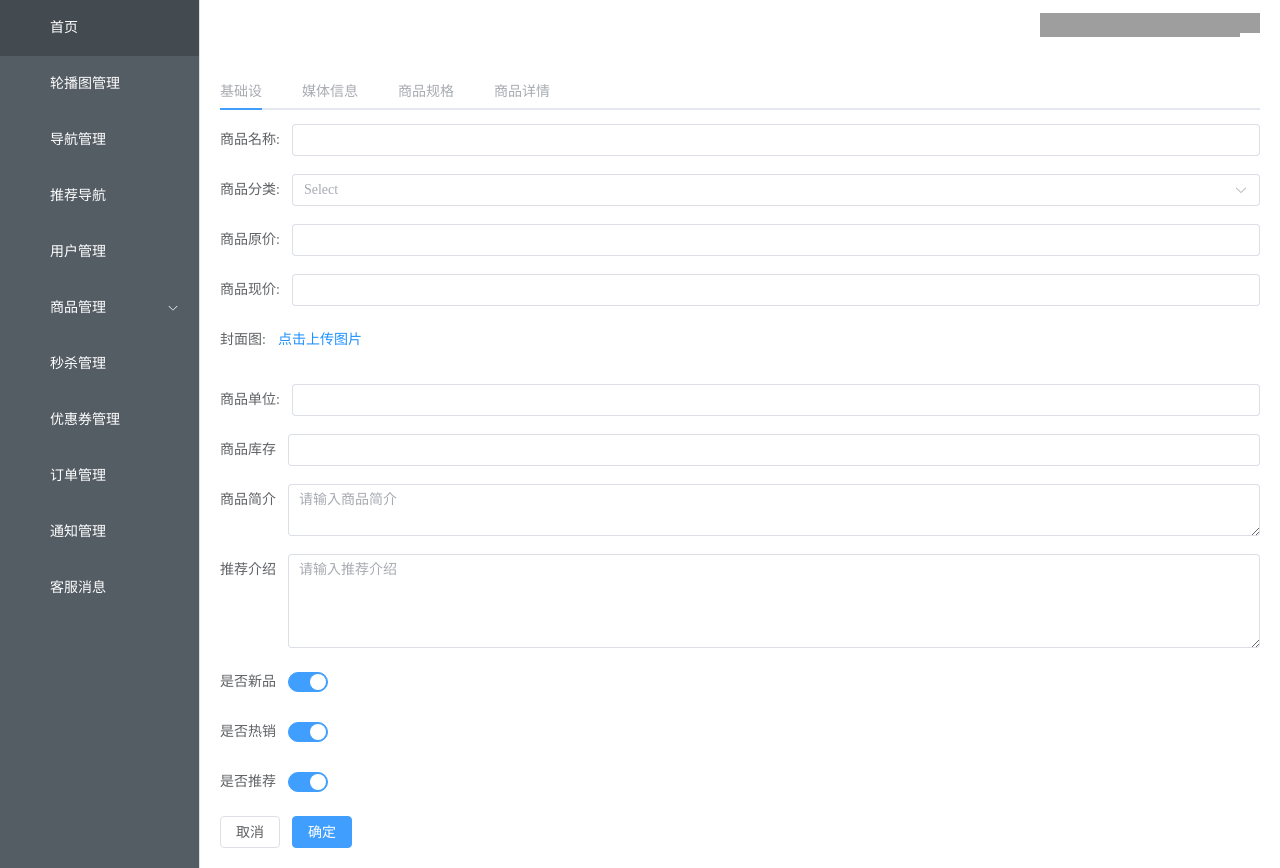
Repository: xinwuhao/CCG
Page: /addgoods
The author's editor kept a copy of each file at every save. The page is drawn from the files as they stood at one save, then again after the next save.
The browser window is 1280 px wide. The pictures show the whole page.
Pictures or frames that could not be fetched are drawn as grey boxes. The page's requests for data from a server got no answer. The project was rebuilt for these pictures with package versions that can differ from the ones it lists, and the page was loaded fresh each time. No one was signed in, and anything a server would have sent is missing. Also part of the build but not shown: vite.config.ts.

Above is the page before, as saved 2021-09-24 14:16:55.

### src/main.ts
import { createApp } from 'vue'
import App from "./App.vue";
import router from "./router"
import ElementPlus from 'element-plus'
import 'element-plus/dist/index.css'
import * as Icons from '@element-plus/icons'
import { toLine } from './utils/index'

const app = createApp(App)

for (let i in Icons) {
    app.component(`el-icon${toLine(i)}`, (Icons as any)[i])
}

app.use(router)
app.use(ElementPlus)
app.mount('#app')

### src/App.vue
<template>
  <div>
    <router-view></router-view>
  </div>
</template>

<script setup lang="ts">
</script>

<style lang='scss'>
@import "./scssbox.scss";
</style>

### src/router/index.ts
import { createRouter, createWebHistory, RouteRecordRaw } from 'vue-router'
// import Home from '../views/homepage/homepage.vue'
import Layout from '../views/layout/Layout.vue'

const routes: Array<RouteRecordRaw> = [
  {
    path: '/login',
    name: 'Logon',
    component: () => import('../views/login/Login.vue'),
    meta: {
      title: '登录'
    }
  },
  {
    path: '/',
    component: Layout,
    // 子路由: children
    children: [
      {
        path: '/',
        name: '/',
        component: () => import('../views/homepage/homepage.vue'),
        meta: {
          title: '首页',
          meta: '/homepage'
        }
      },
      {
        path: '/discount',
        name: 'discount',
        component: () => import('../views/discount/discount.vue'),
        meta: {
          title: '优惠券管理',
          meta: '/discount'
        }
      },
      {
        path: '/navigation',
        name: 'navigation',
        component: () => import('../views/navigation/navigation.vue'),
        meta: {
          title: '导航管理',
          meta: '/navigation'
        }
      },
      {
        path: '/swiper',
        name: 'swiper',
        component: () => import('../views/swiper/swiper.vue'),
        meta: {
          title: '轮播图管理',
          meta: '/swiper'
        }
      },
      {
        path: '/recommend',
        name: 'recommend',
        component: () => import('../views/recommend/recommend.vue'),
        meta: {
          title: '推荐导航',
          meta: '/recommend'
        }
      },
      {
        path: '/user',
        name: 'user',
        component: () => import('../views/user/user.vue'),
        meta: {
          title: '用户管理',
          meta: '/user'
        }
      },
      {
        path: '/addgoods',
        name: 'addgoods',
        component: () => import('../views/goods/addgoods.vue'),
        meta: {
          title: '添加商品',
          meta: '/addgoods'
        }
      },
      {
        path: '/sortgoods',
        name: 'sortgoods',
        component: () => import('../views/goods/sortgoods.vue'),
        meta: {
          title: '商品分类',
          meta: '/sortgoods'
        }
      },
      {
        path: '/modelgoods',
        name: 'modelgoods',
        component: () => import('../views/goods/modelgoods.vue'),
        meta: {
          title: '商品模型',
          meta: '/modelgoods'
        }
      },
      {
        path: '/specsgoods',
        name: 'specsgoods',
        component: () => import('../views/goods/specsgoods.vue'),
        meta: {
          title: '商品规格',
          meta: '/specsgoods'
        }
      },
      {
        path: '/parametergoods',
        name: 'parametergoods',
        component: () => import('../views/goods/parametergoods.vue'),
        meta: {
          title: '商品参数',
          meta: '/parametergoods'
        }
      },
      {
        path: '/specifications',
        name: 'specifications',
        component: () => import('../views/goods/specifications.vue'),
        meta: {
          title: '规格参数',
          meta: '/specifications'
        }
      },
      {
        path: '/seckill',
        name: 'seckill',
        component: () => import('../views/seckill/seckill.vue'),
        meta: {
          title: '秒杀管理',
          meta: '/seckill'
        }
      },
      {
        path: '/order',
        name: 'order',
        component: () => import('../views/order/order.vue'),
        meta: {
          title: '订单管理',
          meta: '/order'
        }
      },
      {
        path: '/notice',
        name: 'notice',
        component: () => import('../views/notice/notice.vue'),
        meta: {
          title: '通知管理',
          meta: '/notice'
        }
      },
      {
        path: '/news',
        name: 'news',
        component: () => import('../views/news/news.vue'),
        meta: {
          title: '客服消息',
          meta: '/news'
        }
      },
    ]
  }
]

const router = createRouter({
  history: createWebHistory(),
  routes
})

router.beforeEach((to, from, next) => {
  document.title = to.meta.title as string
  next()
})

export default router

### src/utils/index.ts
export const toLine = (str: string) => {
  return str.replace(/([A-Z])/g, "-$1").toLowerCase()
}

### src/scssbox.scss
* {
    margin: 0;
    padding: 0;
}

html,
body,
#app,
.el-container,
.el-menu {
    height: 100%;
}

### src/views/layout/Layout.vue
<template>
  <el-container>
    <el-aside width="auto">
      <nav-left :isCollapse='isCollapse'></nav-left>
    </el-aside>
    <el-container>
     <el-header>
        <nav-header v-model:isCollapse='isCollapse'></nav-header>
     </el-header>
      <el-main>
        <router-view></router-view>
      </el-main>
    </el-container>
  </el-container>
</template>

<script setup lang="ts">
import { ref, reactive } from 'vue'
import NavHeader from  '../../components/navHeader/NavHeader.vue'
import NavLeft from  '../../components/navLeft/NavLeft.vue'

interface Data {
  name: string,
  age: number
}

let isCollapse = ref<boolean>(false)
let data = reactive<Data>({
  name: 'jack',
  age: 20
})
</script>

<style scoped lang="scss">
.el-header {
  height: 50px;
  padding: 0;
}
</style>

### src/views/goods/addgoods.vue
<template>
  <div>
    <div v-if="judge == 0">
      <div class="searchBox">
        <el-input
          placeholder="请输入内容"
          v-model="input"
          clearable
          class="inputBox"
        >
        </el-input>
        <el-button icon="el-icon-search" @click="obtain"></el-button>
        <el-button type="primary" @click="ON">添加商品</el-button>
      </div>
      <!-- 表格 -->
      <div style="margin-top: 20px">
        <el-table :data="tableData" border style="width: 100%">
          <el-table-column label="#" type="index" width="50"> </el-table-column>
          <el-table-column prop="content" label="商品名称"> </el-table-column>
          <el-table-column prop="content" label="商品原价"> </el-table-column>
          <el-table-column prop="content" label="商品现价"> </el-table-column>
          <el-table-column prop="content" label="商品库存"> </el-table-column>
          <el-table-column label="是否新品">
            <template #default="scope">
              <div>
                {{ scope.row.isShow == true ? "是" : "否" }}
              </div>
            </template>
          </el-table-column>
          <el-table-column label="是否热卖">
            <template #default="scope">
              <div>
                {{ scope.row.isShow == true ? "是" : "否" }}
              </div>
            </template>
          </el-table-column>
          <el-table-column label="是否推荐">
            <template #default="scope">
              <div>
                {{ scope.row.isShow == true ? "是" : "否" }}
              </div>
            </template>
          </el-table-column>
          <el-table-column fixed="right" label="上下架">
            <template #default="scope">
              <el-switch
                v-model="scope.row.isShow"
                active-color="#1E90FF"
                inactive-color="#ff4949"
                @change="chen(scope.row)"
              >
              </el-switch>
            </template>
          </el-table-column>
          <el-table-column fixed="right" label="操作">
            <template #default="scope">
              <el-button @click="reduce(scope.row)" type="text" size="small"
                >删除</el-button
              >
              <el-button type="text" size="small" @click="alter(scope.row)"
                >编辑</el-button
              >
            </template>
          </el-table-column>
        </el-table>
      </div>
    </div>

    <!-- 添加商品弹出层 -->
    <div v-if="judge !== 0">
      <el-tabs v-model="judge">
        <el-tab-pane label="基础设" name="1" disabled>
          <el-form :model="swiper" ref="ruleForm" class="demo-ruleForm">
            <el-form-item label="商品名称:" prop="name">
              <el-input v-model="swiper.name" class="inpud"></el-input>
            </el-form-item>
            <el-form-item label="商品分类:" prop="category">
              <el-select
                v-model="swiper.category"
                placeholder="Select"
                style="width: 100%"
              >
                <el-option-group
                  v-for="group in options"
                  :key="group.name"
                  :label="group.name"
                >
                  <el-option
                    v-for="item in group.list"
                    :key="item.name"
                    :label="item.name"
                    :value="item._id"
                  >
                  </el-option>
                </el-option-group>
              </el-select>
            </el-form-item>
            <el-form-item label="商品原价:" prop="originalPrice">
              <el-input v-model="swiper.originalPrice" class="inpud"></el-input>
            </el-form-item>
            <el-form-item label="商品现价:" prop="presentPrice">
              <el-input v-model="swiper.presentPrice" class="inpud"></el-input>
            </el-form-item>
            <el-form-item label="封面图:" prop="cover">
              <el-upload
                class="upload-demo"
                action="http://localhost:1001/admin/upload"
                :headers="abc"
                :on-success="upimg"
                list-type="picture"
                :file-list="fileList"
              >
                <div class="blueFont">点击上传图片</div>
              </el-upload>
            </el-form-item>
            <el-form-item label="商品单位:" prop="company">
              <el-input v-model="swiper.company" class="inpud"></el-input>
            </el-form-item>
            <el-form-item label="商品库存" prop="stock">
              <el-input v-model="swiper.stock" class="inpud"></el-input>
            </el-form-item>
            <el-form-item label="商品简介" prop="introduction">
              <el-input
                v-model="swiper.introduction"
                :rows="2"
                type="textarea"
                placeholder="请输入商品简介"
              />
            </el-form-item>
            <el-form-item label="推荐介绍" prop="sellDesc">
              <el-input
                v-model="swiper.sellDesc"
                :rows="4"
                type="textarea"
                placeholder="请输入推荐介绍"
              />
            </el-form-item>

            <el-form-item label="是否新品" prop="isNewGood">
              <el-switch
                v-model="swiper.isNewGood"
                active-color="#13ce66"
                inactive-color="#ff4949"
                @change="chen"
              >
              </el-switch>
            </el-form-item>
            <el-form-item label="是否热销" prop="isHot">
              <el-switch
                v-model="swiper.isHot"
                active-color="#13ce66"
                inactive-color="#ff4949"
                @change="chen"
              >
              </el-switch>
            </el-form-item>
            <el-form-item label="是否推荐" prop="isRecommend">
              <el-switch
                v-model="swiper.isRecommend"
                active-color="#13ce66"
                inactive-color="#ff4949"
                @change="chen"
              >
              </el-switch>
            </el-form-item>
          </el-form>
          <div>
            <el-button @click="judge = '0'">取消</el-button>
            <el-button type="primary" @click="confirm">确定</el-button>
          </div>
        </el-tab-pane>

        <el-tab-pane label="媒体信息" name="2" disabled>Config</el-tab-pane>
        <el-tab-pane label="商品规格" name="3" disabled>Role</el-tab-pane>
        <el-tab-pane label="商品详情" name="4" disabled>Task</el-tab-pane>
      </el-tabs>
    </div>
  </div>
</template>

<script setup lang="ts">
import { ref, onMounted } from "vue";
import api from "../../http/aip";
import { ElMessage } from "element-plus";

// 输入框
let input = ref<any>("");
//切换层
let judge = ref<string>("1");
//上传图片token
let abc = { Authorization: localStorage.getItem("token") };
//接受图片路径
let fileList = ref<any>([]);
// 下拉
let options = ref<any>([]);
//表格数据
let tableData = ref<any>([]);
//表单
let swiper = ref<any>({
  name: "",
  category: "",
  cover: "",
  isHot: true,
  isRecommend: true,
  originalPrice: "",
  presentPrice: "",
  introduction: "",
  company: "",
  stock: "",
  isNewGood: true,
  sellDesc: "",
});
//表单确定键
let confirm = () => {
  judge.value = "2";
};
//添加按钮
let ON = () => {
  judge.value = "1";
};
//上传图片请求成功
let upimg = (file: any) => {
  swiper.value.cover = file.data;
};
// 获取分类
let sort = () => {
  api
    .getCategory("")
    .then((res: any) => {
      if (res.code == 200) {
        options.value = res.data;
      }
    })
    .catch((err: any) => {
      console.log(err);
    });
};
//删除
let reduce = (e: any) => {
  api
    .delNotice(e._id)
    .then((res: any) => {
      if (res.code == 200) {
        ElMessage.success({
          message: `${res.msg}`,
          type: "success",
        });
        obtain();
      } else ElMessage.error(`${res.msg}`);
    })
    .catch((err: any) => {
      console.log(err);
    });
};
//显示
let chen = (e: any) => {
  api
    .showNotice({
      id: e._id,
      isShow: e.isShow,
    })
    .then((res: any) => {
      if (res.code == 200) {
        ElMessage.success({
          message: `${res.msg}`,
          type: "success",
        });
        obtain();
      } else ElMessage.error(`${res.msg}`);
    })
    .catch((err: any) => {
      console.log(err);
    });
};
let current = ref<number>(1);
let pageSize = ref<number>(10);
//获取数据
let obtain = () => {
  api
    .getNotice({
      current: current.value,
      pageSize: pageSize.value,
      query: input.value,
    })
    .then((res: any) => {
      if (res.code == 200) {
        tableData.value = res.data;
      }
    })
    .catch((err: any) => {
      console.log(err);
    });
};
onMounted(() => {
  obtain();
  sort();
});
</script>

<style scoped>
.searchBox {
  display: flex;
}
.inputBox {
  width: 300px;
}
.blueFont {
  color: #1e90ff;
}
.imgBox {
  width: 100px;
  height: 100px;
}
</style>

### src/components/navHeader/NavHeader.vue
<template>
  <div class="header">
    <div @click="toggle" class="cent">
      <el-icon-expand v-if="isCollapse"></el-icon-expand>
      <el-icon-fold v-else></el-icon-fold>
      <div class="cenn">
        <iframe
          width="200"
          height="24"
          frameborder="0"
          scrolling="no"
          hspace="0"
          src="https://i.tianqi.com/?c=code&id=11"
        ></iframe>
        <div>
          <img
            src="https://img0.baidu.com/it/u=3730772664,138405132&fm=26&fmt=auto"
            class="img"
          />
        </div>
      </div>
    </div>
  </div>
</template>

<script lang='ts' setup>
import { ref } from "vue";
import { Fold, Expand } from "@element-plus/icons";

let props = defineProps({
  isCollapse: {
    type: Boolean,
    default: false,
  },
});
let emits = defineEmits(["update:isCollapse"]);
let toggle = () => {
  emits("update:isCollapse", !props.isCollapse);
};
</script>

<style lang='scss' scoped>
svg {
  width: 20px;
  height: 20px;
}
.header {
  height: 50px;
  display: flex;
  align-items: center;
  padding: 0 20px;
}
.cent {
  display: flex;
  width: 100%;
}
.cenn {
  display: flex;
  justify-content: flex-end;
  width: 100%;
}
.img {
  width: 20px;
  height: 20px;
}
</style>

### src/components/navLeft/NavLeft.vue
<template>
  <el-menu
    :uniqueOpened="true"
    default-active="1"
    class="el-menu"
    background-color="#545c64"
    text-color="#fff"
    active-text-color="#ffd04b"
    :collapse="isCollapse"
    :router="true"
  >
    <template v-for="(item, index) in arr" :key="index">
      <el-menu-item :index="item.path" v-if="item.name !== '商品管理'">
        <component :is="item.i" class="iconbox"></component>
        <template #title>{{ item.name }}</template>
      </el-menu-item>
      <el-sub-menu :index="item.path" v-else>
        <template #title>
          <component :is="item.i" class="iconbox"></component>
          <span>{{ item.name }}</span>
        </template>
        <template v-for="(item1, index1) in arr1" :key="index1">
          <el-menu-item :index="item1.path">
            <component :is="item1.i" class="iconbox"></component>
            <span> {{ item1.name }}</span>
          </el-menu-item>
        </template>
      </el-sub-menu>
    </template>
  </el-menu>
</template>

<script lang='ts' setup>
import { ref } from "vue";
let arr = ref<any>([
  { name: "首页", i: "el-icon-house", path: "/" },
  { name: "轮播图管理", i: "el-icon-help", path: "/swiper" },
  { name: "导航管理", i: "el-icon-data-line", path: "/navigation" },
  { name: "推荐导航", i: "el-icon-document-copy", path: "/recommend" },
  { name: "用户管理", i: "el-icon-user", path: "/user" },
  { name: "商品管理", i: "el-icon-paperclip", path: "" },
  { name: "秒杀管理", i: "el-icon-reading", path: "/seckill" },
  { name: "优惠券管理", i: "el-icon-coin", path: "/discount" },
  { name: "订单管理", i: "el-icon-set-up", path: "/order" },
  { name: "通知管理", i: "el-icon-microphone", path: "/notice" },
  { name: "客服消息", i: "el-icon-chat-line-round", path: "/news" },
]);
let arr1 = ref<any>([
  { name: "添加商品", i: "el-icon-document-add", path: "/addgoods" },
  { name: "商品分类", i: "el-icon-tickets", path: "/sortgoods" },
  { name: "商品模型", i: "el-icon-set-up", path: "/modelgoods" },
  { name: "商品规格", i: "el-icon-position", path: "/specsgoods" },
  { name: "商品参数", i: "el-icon-cpu", path: "/parametergoods" },
  { name: "规格参数", i: "el-icon-takeaway-box", path: "/specifications" },
]);
let props = defineProps({
  isCollapse: {
    type: Boolean,
    default: false,
  },
});
</script>

<style lang='scss' scoped>
.el-menu:not(.el-menu--collapse) {
  width: 200px;
}
.iconbox {
  width: 20px;
  height: 20px;
  margin-right: 10px;
}
</style>

### src/http/index.ts
import axios, { AxiosError, AxiosRequestConfig, AxiosResponse } from 'axios'


const http = axios.create({
   baseURL: 'http://localhost:1001',
   timeout: 10000
})


http.interceptors.request.use((config: AxiosRequestConfig) => {
   let token = localStorage.getItem('token')
   if (token) {
      config.headers['Authorization'] = token
   }
   return config
}, (err: AxiosError) => {
   return Promise.reject(err)
})


http.interceptors.response.use((res: any) => {
   return res.data
}, (err: AxiosError) => {
   let status: number = err.response! && err.response!.status
   if (status === 401) {

   }
   if (status === 400) {

   }
   if (status === 403) {

   }
   if (status === 404) {

   }
   if (status === 500) {

   }
   if (status === 503) {

   }
   return Promise.reject(err)
})


export default http

Loaded but not shown: index.html (common file); src/http/aip.ts (465 lines, source omitted)

After the next save:
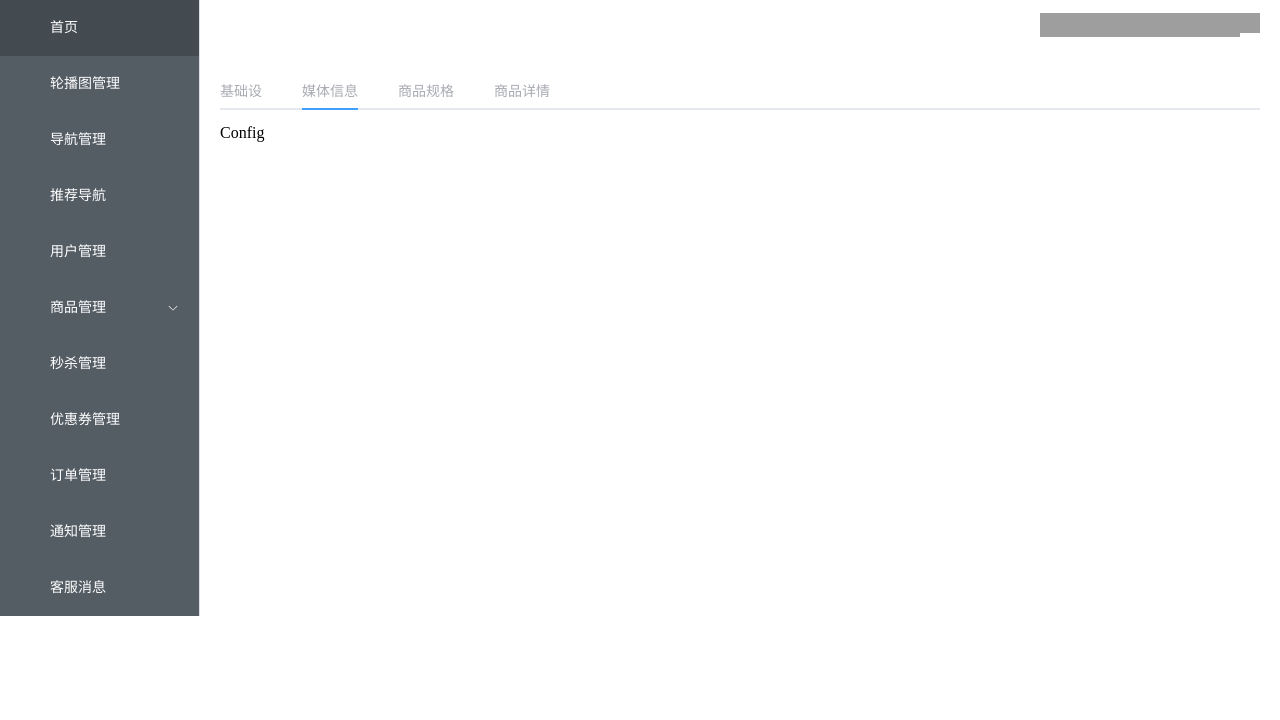
Saved 19 s later.
--- a/src/views/goods/addgoods.vue
+++ b/src/views/goods/addgoods.vue
@@ -186,7 +186,7 @@ import { ElMessage } from "element-plus";
 // 输入框
 let input = ref<any>("");
 //切换层
-let judge = ref<string>("1");
+let judge = ref<string>("2");
 //上传图片token
 let abc = { Authorization: localStorage.getItem("token") };
 //接受图片路径
